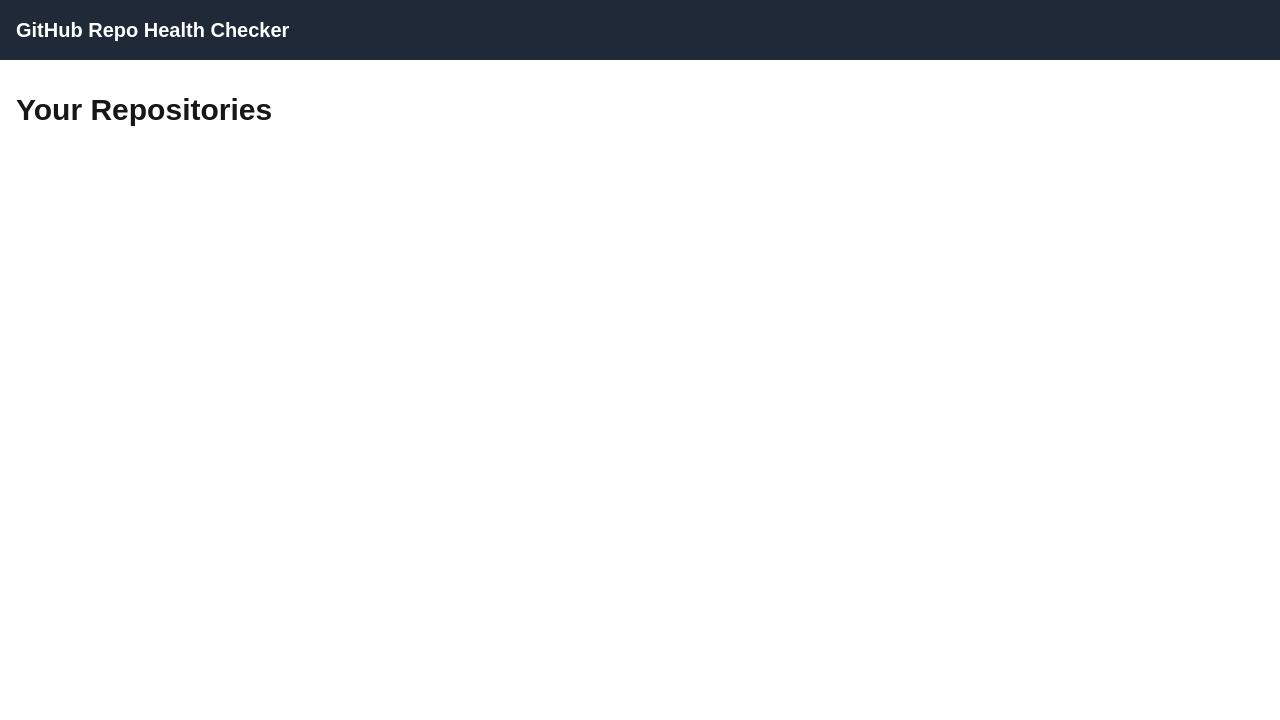
Repository: Rayyy-dev/CodeVitals
Page: /dashboard
An editor plug-in stored every save of this project. The page is shown before and after the next save, followed by the edit.
The browser window is 1280 px wide. The pictures show the whole page.
The page's requests for data from a server got no answer. The project was rebuilt for these pictures with package versions that can differ from the ones it lists, and the page was loaded fresh each time. The framework's server and built-in components were replaced by stand-ins that run in the browser. No one was signed in, and anything a server would have sent is missing. Also part of the build but not shown: next.config.ts, src/components/RepositoryCard.tsx.

Above is the page before, as saved 2024-10-25 08:30:31.

### src/app/layout.tsx
import type { Metadata } from "next";
import localFont from "next/font/local";
import "./globals.css";
import { SessionProvider } from "next-auth/react";

const geistSans = localFont({
  src: "./fonts/GeistVF.woff",
  variable: "--font-geist-sans",
  weight: "100 900",
});
const geistMono = localFont({
  src: "./fonts/GeistMonoVF.woff",
  variable: "--font-geist-mono",
  weight: "100 900",
});

export const metadata: Metadata = {
  title: "GitHub Repo Health Checker",
  description: "Check the health of your GitHub repositories",
};

export default function RootLayout({
  children,
}: Readonly<{
  children: React.ReactNode;
}>) {
  return (
    <html lang="en">
      <body
        className={`${geistSans.variable} ${geistMono.variable} antialiased`}
      >
        <SessionProvider>
          <nav className="bg-gray-800 text-white p-4">
            <div className="container mx-auto">
              <a href="/" className="text-xl font-bold">GitHub Repo Health Checker</a>
            </div>
          </nav>
          {children}
        </SessionProvider>
      </body>
    </html>
  );
}

### src/app/dashboard/page.tsx
'use client';

import { useState, useEffect } from 'react';
import { fetchRepositories } from '@/lib/github';
import RepositoryCard from '@/components/RepositoryCard';

interface Repository {
  id: number;
  name: string;
  full_name: string;
  health_score: number;
}

export default function Dashboard() {
  const [repositories, setRepositories] = useState<Repository[]>([]);
  const [loading, setLoading] = useState(true);

  useEffect(() => {
    const loadRepositories = async () => {
      try {
        const repos = await fetchRepositories();
        setRepositories(repos);
      } catch (error) {
        console.error('Error fetching repositories:', error);
      } finally {
        setLoading(false);
      }
    };

    loadRepositories();
  }, []);

  if (loading) {
    return <div className="flex justify-center items-center min-h-screen">Loading...</div>;
  }

  return (
    <div className="container mx-auto px-4 py-8">
      <h1 className="text-3xl font-bold mb-6">Your Repositories</h1>
      <div className="grid grid-cols-1 md:grid-cols-2 lg:grid-cols-3 gap-6">
        {repositories.map((repo) => (
          <RepositoryCard key={repo.id} repository={repo} />
        ))}
      </div>
    </div>
  );
}

### src/lib/github.ts
import axios from 'axios';
import { Repository } from '@/types';

export async function fetchUserRepositories(token: string): Promise<Repository[]> {
  const response = await axios.get('https://api.github.com/user/repos', {
    headers: {
      Authorization: `token ${token}`,
    },
  });

  return response.data;
}

export function calculateHealthScore(repo: any): number {
  const hasReadme = repo.has_readme ? 20 : 0;
  const hasLicense = repo.license ? 20 : 0;
  const issuesScore = Math.max(0, 20 - repo.open_issues_count);
  const starsScore = Math.min(20, repo.stargazers_count);
  const updatedRecently = new Date(repo.updated_at) > new Date(Date.now() - 30 * 24 * 60 * 60 * 1000) ? 20 : 0;

  return hasReadme + hasLicense + issuesScore + starsScore + updatedRecently;
}

export async function fetchRepositories(): Promise<Repository[]> {
  const response = await fetch('/api/repositories');
  if (!response.ok) {
    throw new Error('Failed to fetch repositories');
  }
  return response.json();
}

Loaded but not shown: src/app/globals.css (common file); tailwind.config.ts (common file)

After the next save:
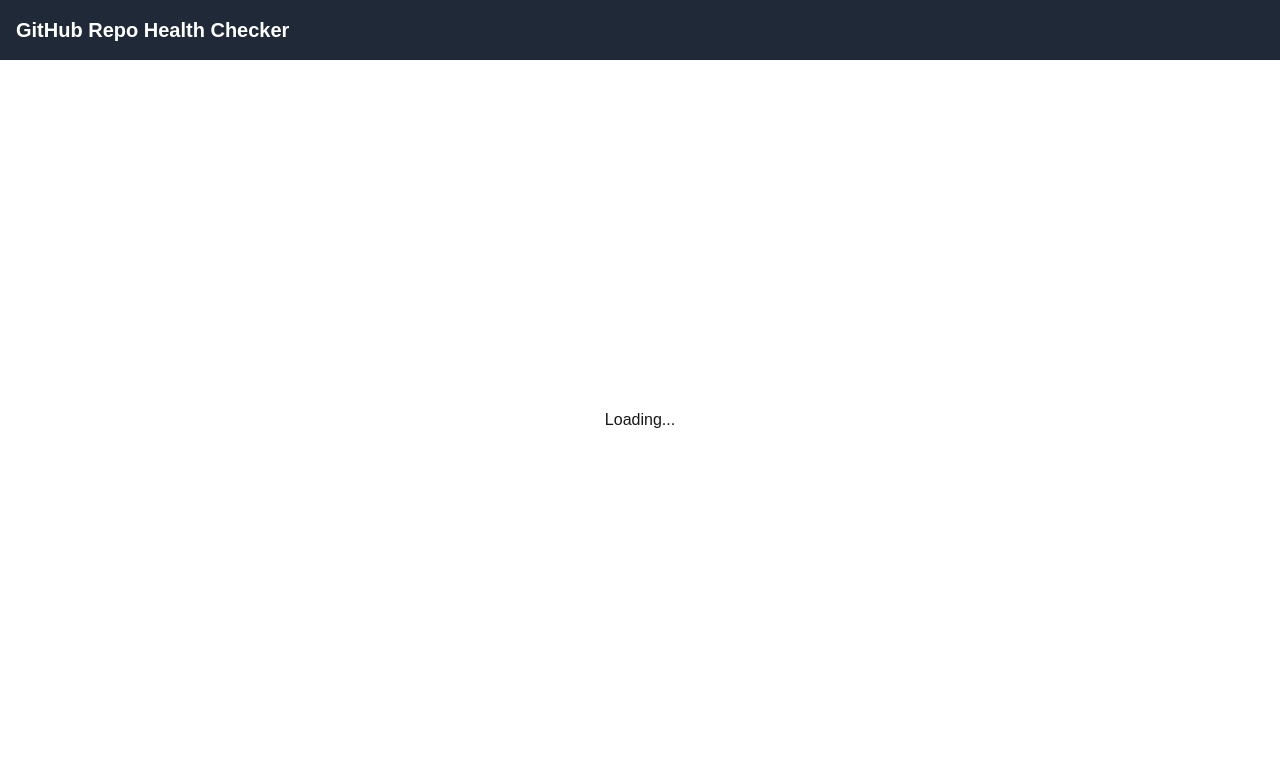
Saved 8 s later.
--- a/src/app/dashboard/page.tsx
+++ b/src/app/dashboard/page.tsx
@@ -1,34 +1,34 @@
 'use client';
 
 import { useState, useEffect } from 'react';
+import { useSession } from 'next-auth/react';
 import { fetchRepositories } from '@/lib/github';
 import RepositoryCard from '@/components/RepositoryCard';
-
-interface Repository {
-  id: number;
-  name: string;
-  full_name: string;
-  health_score: number;
-}
+import { Repository } from '@/types';
 
 export default function Dashboard() {
+  const { data: session } = useSession();
   const [repositories, setRepositories] = useState<Repository[]>([]);
   const [loading, setLoading] = useState(true);
 
   useEffect(() => {
     const loadRepositories = async () => {
-      try {
-        const repos = await fetchRepositories();
-        setRepositories(repos);
-      } catch (error) {
-        console.error('Error fetching repositories:', error);
-      } finally {
-        setLoading(false);
+      if (session?.accessToken) {
+        try {
+          const repos = await fetchRepositories(session.accessToken as string);
+          setRepositories(repos);
+        } catch (error) {
+          console.error('Error fetching repositories:', error);
+        } finally {
+          setLoading(false);
+        }
       }
     };
 
-    loadRepositories();
-  }, []);
+    if (session) {
+      loadRepositories();
+    }
+  }, [session]);
 
   if (loading) {
     return <div className="flex justify-center items-center min-h-screen">Loading...</div>;
